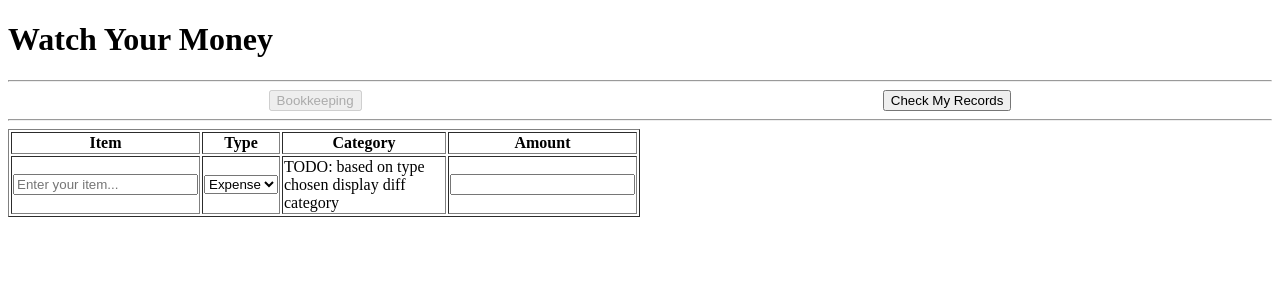
Repository: chelsea9869/Hackathon-TNT
Page: http://localhost/app/watch_your_money.php
An editor plug-in stored every save of this project. The page is shown before and after a run of saves, followed by the edit.
The browser window is 1280 px wide. The pictures show the whole page.
The page is run by PHP 8.4 with error messages shown; the project is at /var/www/html/.

Above is the page before, as saved 2020-09-05 12:26:57.

After the next 12 saves:
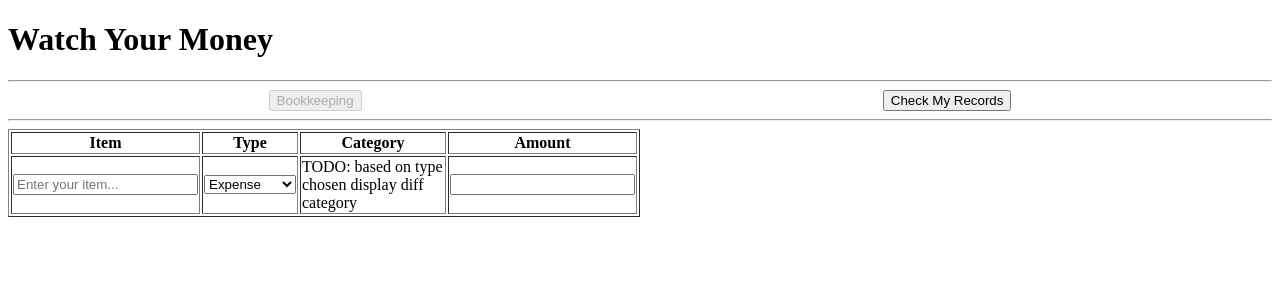
The 12 saves are shown as one change because they came seconds apart.
The last was saved 31 s later.
--- a/app/include/bookkeeping-dropdown.php
+++ b/app/include/bookkeeping-dropdown.php
@@ -3,6 +3,7 @@ $csv_path = 'data/bookkeeping-category.csv';
 $category = @fopen($csv_path,'r');
 
 $type_dropdown= "<select id='bookkeeping-type' name='type[]'>
+                    <option value='' disabled>Select Type</option>
                     <option value='expense'>Expense</option>
                     <option value='expense'>Income</option>
                     </select>";
